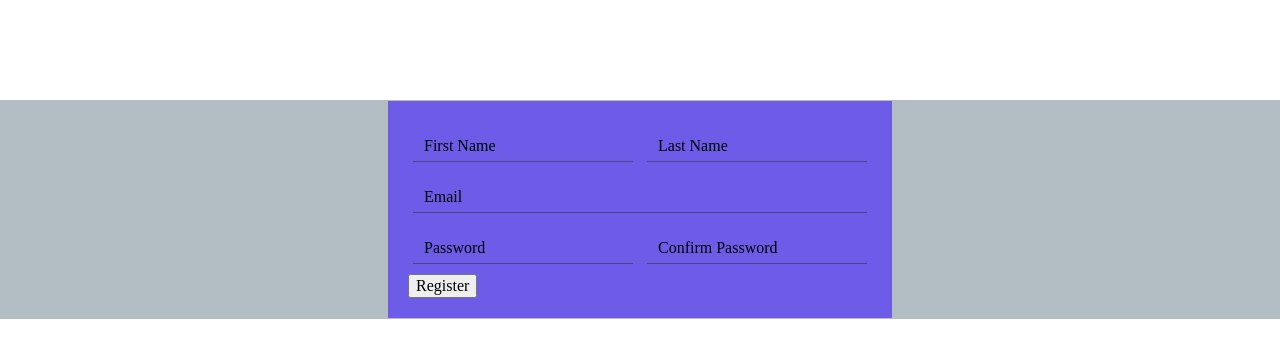
Repository: AMAmine89/vanilla-projects
Page: formo/index.html
The author's editor kept a copy of each file at every save. The page is drawn from the files as they stood at one save, then again after the next save.
The browser window is 1280 px wide. The pictures show the whole page.

Above is the page before, as saved 2021-05-05 07:21:49.

### formo/index.html
<!DOCTYPE html>
<html lang="en">
<head>
    <meta charset="UTF-8">
    <meta http-equiv="X-UA-Compatible" content="IE=edge">
    <meta name="viewport" content="width=device-width, initial-scale=1.0">
    <link rel="stylesheet" href="css/normalize.css">
    <link rel="stylesheet" href="style.css">
    <title>Formo</title>
</head>
<body>
    <section>
        <form>
            <div class="double-block">
                <div>
                    <span class="first-name">
                        <input type="text" name="first-name" id="first-name">
                    </span>
                </div>
                <div>
                    <span class="last-name">
                        <input type="text" name="last-name">
                    </span>
                </div>
            </div>
            <div>
                <span class="email"><input type="email" name="email"></span>
            </div>
            <div class="double-block">
                <div>
                    <span class="password">
                        <input type="password" name="password">
                    </span>
                </div>
                <div>
                    <span class="confirm-password">
                        <input type="password" name="confirm-password">
                    </span>
                </div>
            </div>
            <div>
                <input type="submit" value="Register">
            </div>
        </form>
    </section>
</body>
</html>

### formo/style.css
section {
    display: flex;
    justify-content: center;
    margin-top: 100px;
    background-color: #b2bec3;
}

form {
    background: #6c5ce7;
    padding: 20px;
    border: 1px solid rgb(187, 187, 187);
    border-radius: 0%;
    -webkit-border-radius: 0%;
    -moz-border-radius: 0%;
    -ms-border-radius: 0%;
    -o-border-radius: 0%;
}

div {
    position: relative;
}

.double-block div {
    display: inline-block;
}

input:not(input[type="submit"]) {
    padding: 5px 10px;
    height: 20px;
    background: transparent;
    border-top: none;
    border-right: none;
    border-left: none;
    border-bottom: solid 1px rgba(49, 49, 49, 0.527);
    margin: 10px 5px;
    outline: none;
}

input[type="email"] {
    width: -webkit-fill-available;
}

input:not(input[type="submit"])::after {
    content: '';
    width: 0;
    display: block;
    height: 1px;
    color: rgb(49, 49, 49);
    border-bottom: solid 1px;
    transition: width .3s ease-in-out;
    -webkit-transition: width .3s ease-in-out;
    -moz-transition: width .3s ease-in-out;
    -ms-transition: width .3s ease-in-out;
    -o-transition: width .3s ease-in-out;
}

input:not(input[type="submit"]):focus::after {
    width: 100%;
}

.first-name::before {
    content: 'First Name';
}

.last-name::before {
    content: 'Last Name';
}

.email::before {
    content: 'Email';
}
.password::before {
    content: 'Password';
}
.confirm-password::before {
    content: 'Confirm Password';
}



span::before {
    cursor: text;
    display: inline-block;
    position: absolute;
    top: 16px;
    left: 16px;
    bottom: 0;
    font-size: initial;
    transition: all .3s ease-in-out;
    -webkit-transition: all .3s ease-in-out;
    -moz-transition: all .3s ease-in-out;
    -ms-transition: all .3s ease-in-out;
    -o-transition: all .3s ease-in-out;
}

div:focus span::before  {
    top: 0;
    left: 10px;
    bottom: 30px;
    font-size: .85em;
}

label {
    cursor: text;
    display: inline-block;
    position: relative;
    bottom: auto;
    left: -180px;
    transition: bottom .7s ease-in-out;
    -webkit-transition: bottom .7s ease-in-out;
    -moz-transition: bottom .7s ease-in-out;
    -ms-transition: bottom .7s ease-in-out;
    -o-transition: bottom .7s ease-in-out;
}

Loaded but not shown: formo/normalize.css (library)

After the next save:
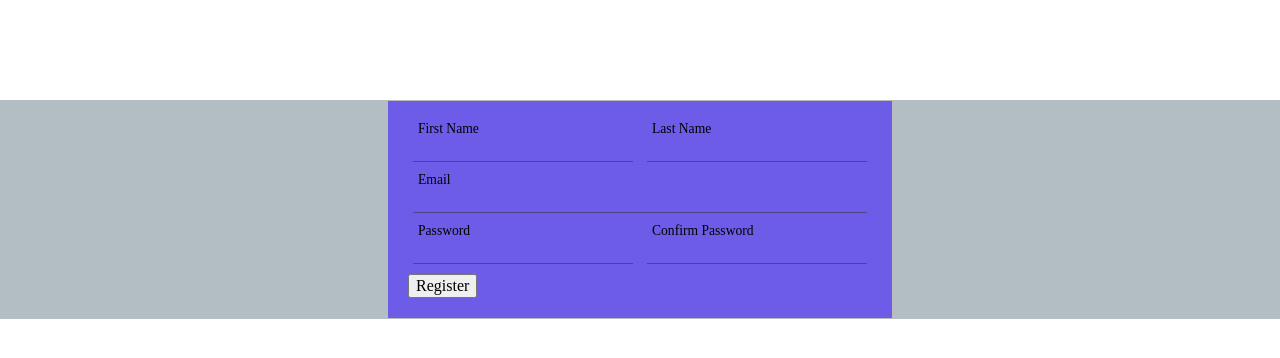
Saved 28 s later.
--- a/formo/style.css
+++ b/formo/style.css
@@ -93,7 +93,7 @@
     -o-transition: all .3s ease-in-out;
 }
 
-div:focus span::before  {
+span:focus-within::before, span::before  {
     top: 0;
     left: 10px;
     bottom: 30px;

After the save that followed:
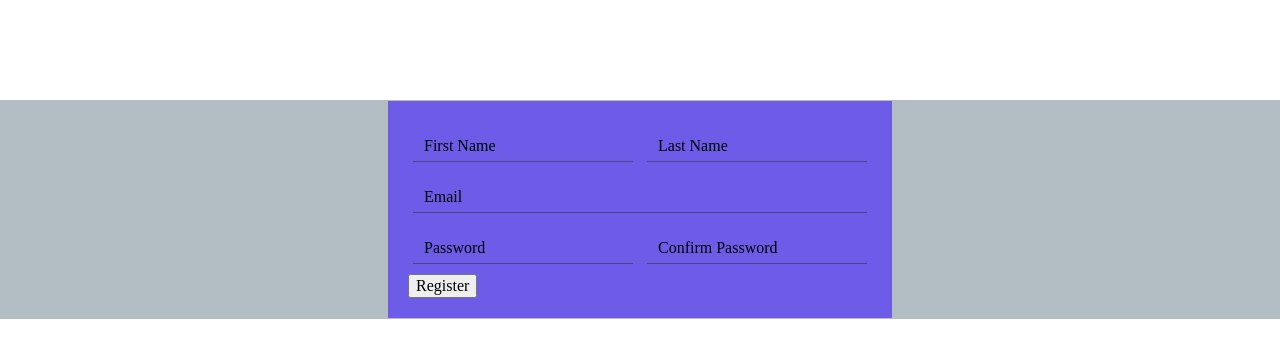
Saved 13 s later.
--- a/formo/style.css
+++ b/formo/style.css
@@ -93,7 +93,7 @@
     -o-transition: all .3s ease-in-out;
 }
 
-span:focus-within::before, span::before  {
+span:focus-within::before, span:focus::before  {
     top: 0;
     left: 10px;
     bottom: 30px;
